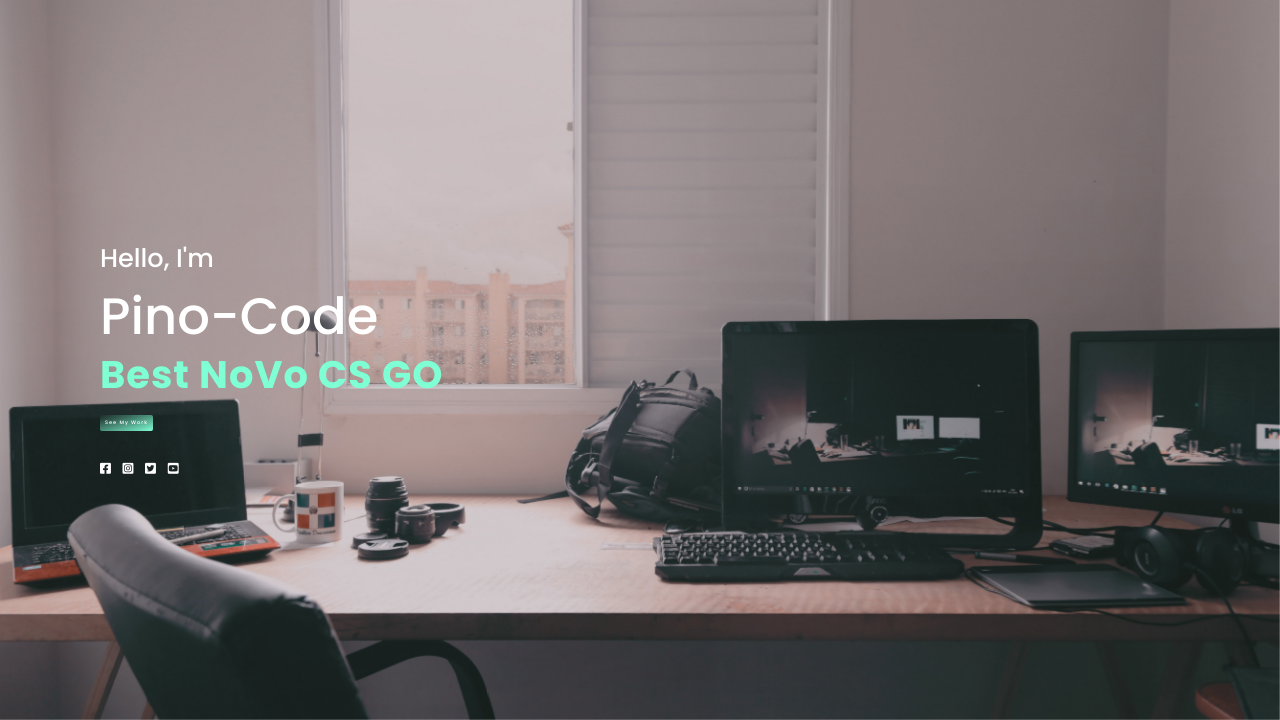
Repository: Pinocoding/New
Page: index.html
These files come from the project's save history. The page is drawn as it stood at one moment and after the next save; the edit follows.
The browser window is 1280 px wide. The pictures show the whole page.

Above is the page before, as saved 2021-10-11 22:31:29.

### index.html
<!DOCTYPE html>
<html lang="en">
<head>
  <meta charset="UTF-8">
  <meta http-equiv="X-UA-Compatible" content="IE=edge">
  <meta name="viewport" content="width=device-width, initial-scale=1.0">
  <title>Document</title>
  <link rel="stylesheet" href="style.css">
  <link rel="stylesheet" href="https://cdnjs.cloudflare.com/ajax/libs/font-awesome/6.0.0-beta2/css/all.min.css" integrity="sha512-YWzhKL2whUzgiheMoBFwW8CKV4qpHQAEuvilg9FAn5VJUDwKZZxkJNuGM4XkWuk94WCrrwslk8yWNGmY1EduTA==" crossorigin="anonymous" referrerpolicy="no-referrer" />


</head>
<body>
  <section class="main">
    <div class="content">
    <h2>hello, I'm<br><span>Pino-code</span></h2>
    <div class="animated-text">
      <h3>FE developer</h3>
      <h3>Best Yasuo TT 7</h3>
      <h3>Best NoVo CS GO</h3>
    </div>
    <a href="#" class="btn">see my work</a>
    <div class="media-icon">
      <a href="#"><i class="fab fa-facebook-square"></i></a>
      <a href="#"><i class="fab fa-instagram-square"></i></a>
      <a href="#"><i class="fab fa-twitter-square"></i></a>
      <a href="#"><i class="fab fa-youtube-square"></i></a>
    </div>
  </div>


  </section>
  <script src="function.js"></script>
</body>
</html>

### style.css
@import url("https://fonts.googleapis.com/css2?family=Poppins:wght@300;400;500;700;800&display=swap");
* {
  font-size: 62.5%;
  font-family: "Poppins", sans-serif;
  margin: 0;
  padding: 0;
  box-sizing: border-box;
  text-transform: capitalize;
}
section {
  padding: 5rem 10rem;
}
.main {
  position: relative;
  width: 100%;
  min-height: 100vh;
  display: flex;
  align-items: center;
  background: url("/img/0.jpg") no-repeat;
  background-size: cover;
  background-position: center;
  background-attachment: fixed;
}
.main .content {
  max-width: 100rem;
}
.main .content h2 {
  color: white;
  font-size: 2vw;
  font-weight: 500;
}
.main .content h2 span {
  font-size: 4vw;
}

.animated-text {
  position: relative;
  height: 4rem;
  overflow: hidden;
}
.animated-text h3 {
  color: aquamarine;
  font-size: 3vw;
  font-weight: 700;
  line-height: 40px;
  letter-spacing: 1px;
}
/* animated text for h3 */
.animated-text h3:nth-child(1) {
  animation: text-move 10s infinite;
}
@keyframes text-move {
  0% {
    margin-top: 0;
  }
  25% {
    margin-top: -40px;
  }
  50% {
    margin-top: -80px;
  }
  100% {
    margin-top: 0;
  }
}
/*  */
.btn {
  margin-top: 2rem;
  color: white;
  background: linear-gradient(to top left, aquamarine, transparent);
  font-size: 5px;
  font-weight: 500;
  display: inline-block;
  padding: 4px 5px;
  text-decoration: uppercase;
  text-decoration: none;
  letter-spacing: 1px;
  border-radius: 2px;
  transition: 0.5s ease;
}
.btn:hover {
  color: black;
}

.media-icon {
  margin-top: 2rem;
}
.media-icon a {
  color: white;
  font-size: 2rem;
  margin-right: 1rem;
}

Loaded but not shown: function.js (no copy from this time; the picture is the same without it)

After the next save:
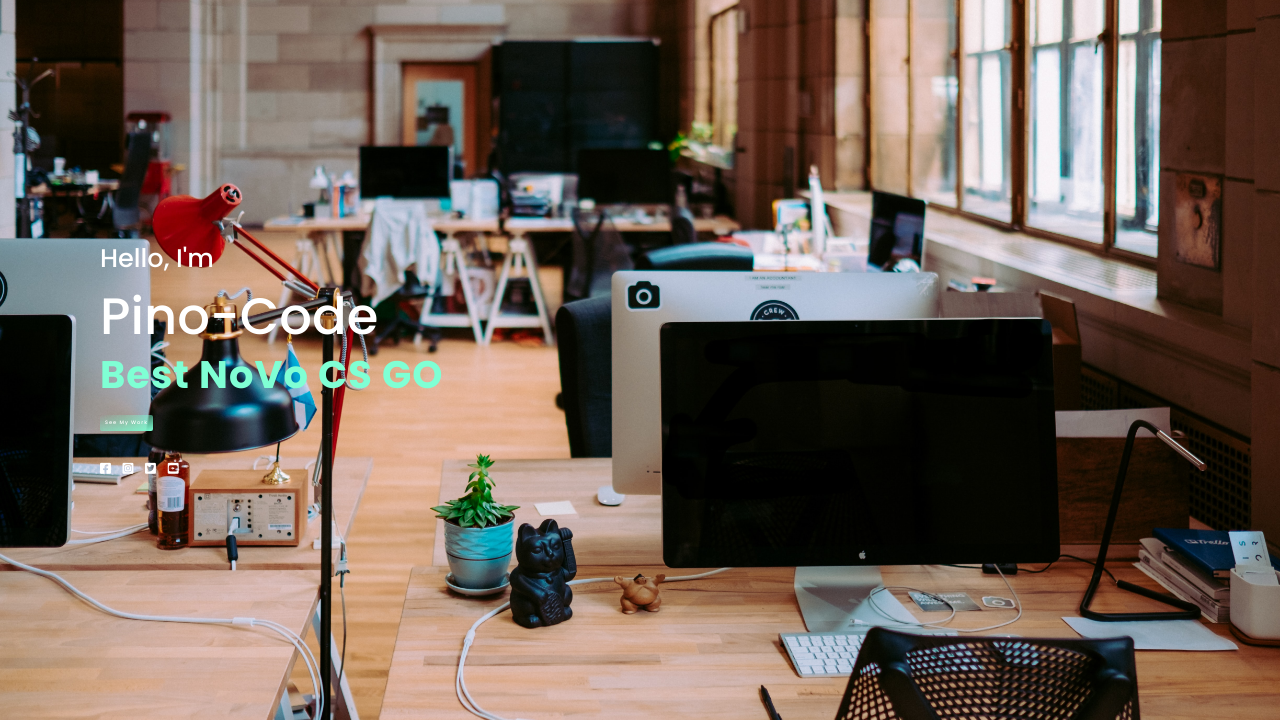
Saved 36 s later.
--- a/style.css
+++ b/style.css
@@ -16,7 +16,7 @@ section {
   min-height: 100vh;
   display: flex;
   align-items: center;
-  background: url("/img/0.jpg") no-repeat;
+  background: url("/img/01.jpg") no-repeat;
   background-size: cover;
   background-position: center;
   background-attachment: fixed;
